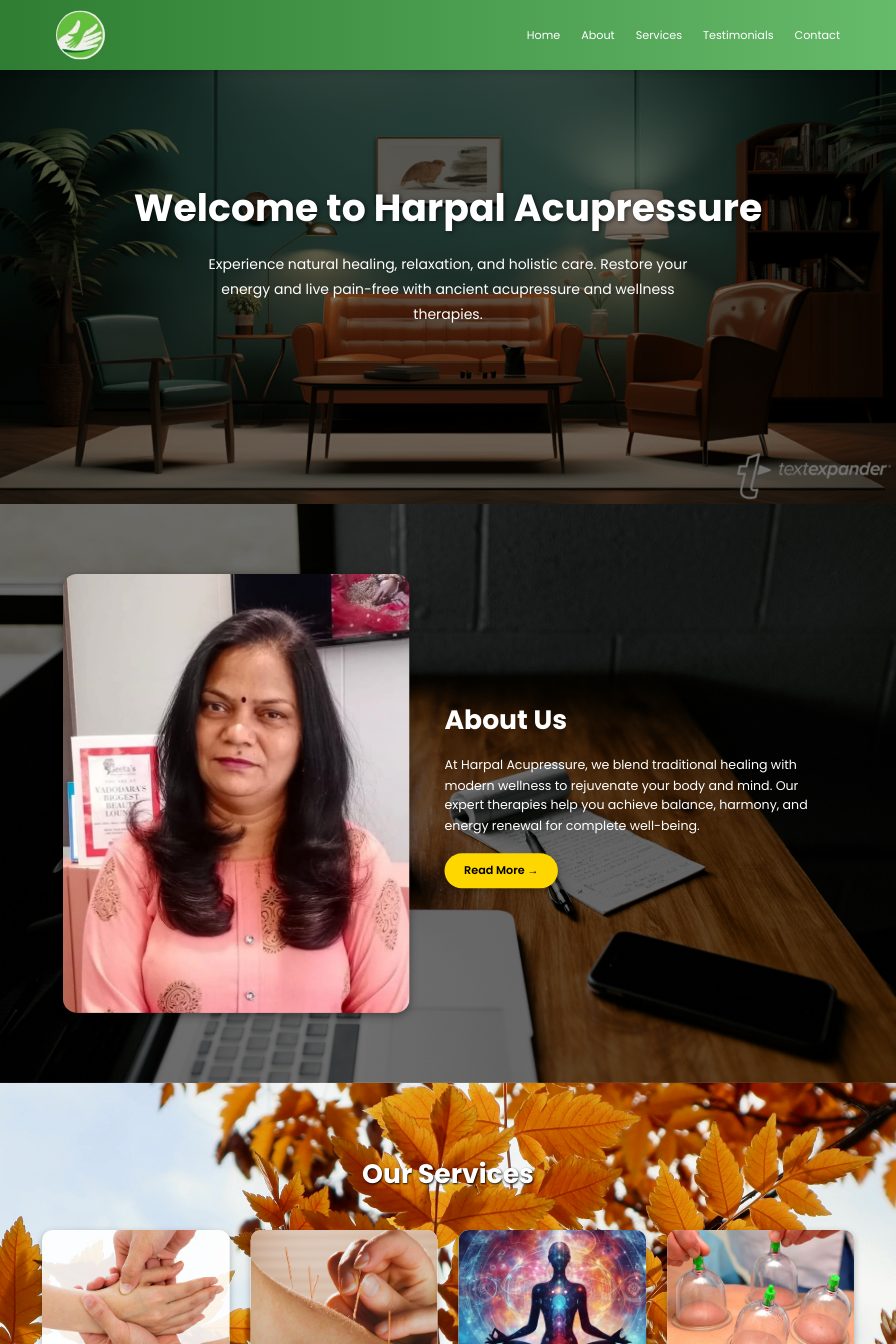
Repository: swasthiik/my-websites
Page: index.html
An editor plug-in stored every save of this project. The page is shown before and after the next save, followed by the edit.
The browser window is 1280 px wide. The pictures show the part of the page from y = 0 to 1920 px (the page is 4255 px tall), at 70% of full size.

Above is the page before, as saved 2025-10-28 01:30:36.

### index.html
<!DOCTYPE html>
<html lang="en">
<head>
  <meta charset="UTF-8" />
  <meta name="viewport" content="width=device-width, initial-scale=1.0" />
  <title>Harpal Acupressure — Healing & Wellness</title>
  <link href="https://fonts.googleapis.com/css2?family=Poppins:wght@300;400;600;700&display=swap" rel="stylesheet" />

  <style>
    *{margin:0;padding:0;box-sizing:border-box;font-family:'Poppins',sans-serif;}
    body{background:#fff;color:#333;line-height:1.6;}

    /* Header */
    header{
      position:fixed;width:100%;top:0;left:0;
      background:linear-gradient(90deg,#2e7d32,#66bb6a);
      display:flex;justify-content:space-between;align-items:center;
      padding:15px 80px;z-index:1000;backdrop-filter:blur(6px);
      box-shadow:0 2px 10px rgba(0,0,0,0.25);
    }
    header img{width:70px;height:70px;border-radius:50%;object-fit:cover;}
    nav ul{display:flex;gap:30px;list-style:none;}
    nav ul li a{
      color:#fff;text-decoration:none;font-weight:500;
      transition:color 0.3s ease;
    }
    nav ul li a:hover{color:#ffd700;}

    /* Hero Section */
    .hero{
      display:flex;align-items:center;justify-content:center;
      background:url('images/background.jpg') no-repeat center/cover;
      height:100vh;position:relative;color:#fff;text-align:center;
      padding:0 20px;
    }
    .hero::before{
      content:'';position:absolute;top:0;left:0;width:100%;height:100%;
      background:rgba(0,0,0,0.55);
    }
    .hero-content{
      position:relative;z-index:2;max-width:900px;
      animation:fadeInUp 1.2s ease;
    }
    .hero-content h1{
      font-size:54px;font-weight:700;margin-bottom:20px;
      text-shadow:2px 2px 8px rgba(0,0,0,0.6);
    }
    .hero-content p{
      font-size:20px;line-height:1.8;max-width:750px;margin:auto;
    }
    @keyframes fadeInUp{
      0%{opacity:0;transform:translateY(50px);}
      100%{opacity:1;transform:translateY(0);}
    }

    /* About */
    #about{
      background:url('images/background2.jpg') no-repeat center/cover;
      color:#fff;padding:100px 60px;position:relative;
    }
    #about::before{
      content:'';position:absolute;top:0;left:0;width:100%;height:100%;
      background:rgba(0,0,0,0.55);
    }
    #about .inner{
      position:relative;z-index:1;max-width:1100px;margin:auto;
      display:flex;align-items:center;gap:50px;flex-wrap:wrap;
    }
    #about img{
      width:45%;border-radius:20px;box-shadow:0 4px 12px rgba(0,0,0,0.4);
    }
    #about .text{flex:1;}
    #about h2{font-size:38px;margin-bottom:20px;}
    #about p{font-size:18px;margin-bottom:25px;}
    #about a{
      display:inline-block;padding:12px 28px;background:#ffd700;color:#000;
      font-weight:600;border-radius:30px;text-decoration:none;
      box-shadow:0 4px 8px rgba(0,0,0,0.2);transition:all 0.3s ease;
    }
    #about a:hover{background:#ffea3c;transform:translateY(-2px);}

    /* Services */
    #services{
      background:url('images/background3.jpg') no-repeat center/cover;
      padding:100px 60px;text-align:center;color:#fff;
    }
    #services h2{font-size:38px;margin-bottom:50px;text-shadow:1px 1px 3px #000;}
    .services-grid{
      display:grid;grid-template-columns:repeat(auto-fit,minmax(250px,1fr));
      gap:30px;
    }
    .service-card{
      background:rgba(255,255,255,0.9);border-radius:15px;overflow:hidden;
      box-shadow:0 4px 10px rgba(0,0,0,0.3);transition:transform 0.3s ease;
    }
    .service-card:hover{transform:translateY(-8px);}
    .service-card img{width:100%;height:180px;object-fit:cover;}
    .svc-body{padding:20px;}
    .svc-title{font-size:20px;font-weight:600;margin-bottom:10px;color:#222;}
    .svc-text{font-size:15px;color:#555;}

    /* Testimonials */
    #testimonials{
      background:url('images/background4.jpg') no-repeat center/cover;
      color:#fff;padding:100px 60px;text-align:center;position:relative;
    }
    #testimonials::before{
      content:'';position:absolute;top:0;left:0;width:100%;height:100%;
      background:rgba(0,0,0,0.6);
    }
    #testimonials .inner{
      position:relative;z-index:1;max-width:900px;margin:auto;
    }
    #testimonials h2{
      font-size:36px;margin-bottom:40px;
      text-shadow:1px 1px 4px rgba(0,0,0,0.8);
    }
    .testimonial{
      background:rgba(255,255,255,0.15);
      padding:25px;border-radius:20px;margin:15px 0;
      box-shadow:0 4px 10px rgba(0,0,0,0.4);
      font-size:17px;font-style:italic;
    }

    /* Contact */
    #contact{
      background:#111;color:#fff;padding:80px 60px;text-align:center;
    }
    #contact .inner{
      display:flex;flex-wrap:wrap;justify-content:space-between;
      align-items:flex-start;gap:40px;max-width:1200px;margin:auto;text-align:left;
    }
    .contact-left,.contact-center,.quick-links{flex:1;min-width:280px;}
    .social-btns img{
      width:40px;height:40px;margin-right:12px;transition:transform 0.3s;
      border-radius:50%;
    }
    .social-btns img:hover{transform:scale(1.1);}
    .btn-area{margin-top:15px;}
    .btn{
      display:inline-block;padding:10px 20px;border-radius:25px;
      font-weight:600;text-decoration:none;margin-right:10px;
      transition:all 0.3s ease;
    }
    .btn-call{background:#ffd700;color:#000;}
    .btn-wa{background:#25D366;color:#fff;}
    .btn:hover{transform:translateY(-2px);opacity:0.9;}
    .final-line{
      margin-top:50px;text-align:center;font-size:0.95rem;color:#ccc;
      max-width:900px;margin:auto;line-height:1.6;
    }
    footer{
      background:#000;color:#aaa;text-align:center;
      padding:20px 0;font-size:0.9rem;
    }
    footer a{color:#ffd700;text-decoration:none;}
    footer a:hover{text-decoration:underline;}
    .quick-links a{
      display:block;color:#ccc;text-decoration:none;margin-bottom:8px;
      font-size:0.95rem;
    }
    .quick-links a:hover{color:#ffd700;}
  </style>
</head>

<body>

  <!-- Header -->
  <header>
    <img src="images/logo.jpg" alt="Harpal Logo">
    <nav>
      <ul>
        <li><a href="#home">Home</a></li>
        <li><a href="#about">About</a></li>
        <li><a href="#services">Services</a></li>
        <li><a href="#testimonials">Testimonials</a></li>
        <li><a href="#contact">Contact</a></li>
      </ul>
    </nav>
  </header>

  <!-- Hero -->
  <section class="hero" id="home">
    <div class="hero-content">
      <h1>Welcome to Harpal Acupressure</h1>
      <p>Experience natural healing, relaxation, and holistic care. Restore your energy and live pain-free with ancient acupressure and wellness therapies.</p>
    </div>
  </section>

  <!-- About -->
  <section id="about">
    <div class="inner">
      <img src="images/photo1.png" alt="Harpal Acupressure">
      <div class="text">
        <h2>About Us</h2>
        <p>At Harpal Acupressure, we blend traditional healing with modern wellness to rejuvenate your body and mind. Our expert therapies help you achieve balance, harmony, and energy renewal for complete well-being.</p>
        <a href="about.html">Read More →</a>
      </div>
    </div>
  </section>

  <!-- Services -->
  <section id="services" aria-labelledby="services-title">
    <div class="inner">
      <h2 id="services-title"><strong>Our Services</strong></h2>

      <div class="services-grid">
        <div class="service-card"><img src="images/service1.jpg" alt="Acupressure Therapy"><div class="svc-body"><div class="svc-title"><strong>Acupressure Therapy</strong></div><div class="svc-text">Targeted pressure techniques to relieve pain, improve circulation, and restore energy balance.</div></div></div>
        <div class="service-card"><img src="images/service2.jpg" alt="Acupuncture"><div class="svc-body"><div class="svc-title"><strong>Acupuncture</strong></div><div class="svc-text">Traditional needle therapy to stimulate healing pathways and reduce chronic symptoms.</div></div></div>
        <div class="service-card"><img src="images/service3.jpg" alt="Aura Cleansing"><div class="svc-body"><div class="svc-title"><strong>Aura Cleansing</strong></div><div class="svc-text">Gentle energetic clearing to remove negativity, calm the mind, and uplift emotions.</div></div></div>
        <div class="service-card"><img src="images/service4.jpg" alt="Cupping Therapy"><div class="svc-body"><div class="svc-title"><strong>Cupping Therapy</strong></div><div class="svc-text">Cupping to improve blood flow, reduce muscle tension and support detoxification.</div></div></div>
        <div class="service-card"><img src="images/service5.jpg" alt="Casa Therapy"><div class="svc-body"><div class="svc-title"><strong>Casa Therapy</strong></div><div class="svc-text">Holistic alignment techniques focused on posture, balance and natural healing responses.</div></div></div>
        <div class="service-card"><img src="images/service6.jpg" alt="Magnetic Therapy"><div class="svc-body"><div class="svc-title"><strong>Magnetic Therapy</strong></div><div class="svc-text">Non-invasive magnetic treatments to support circulation and relieve chronic discomfort.</div></div></div>
        <div class="service-card"><img src="images/service7.jpg" alt="Numerology Guidance"><div class="svc-body"><div class="svc-title"><strong>Numerology Guidance</strong></div><div class="svc-text">Personal numerology readings offering insight for life choices, timing and growth.</div></div></div>
        <div class="service-card"><img src="images/service8.jpg" alt="Reiki Healing"><div class="svc-body"><div class="svc-title"><strong>Reiki Healing</strong></div><div class="svc-text">Energy healing sessions to reduce stress, restore calm and accelerate recovery.</div></div></div>
        <div class="service-card"><img src="images/service9.jpg" alt="Sujok Therapy"><div class="svc-body"><div class="svc-title"><strong>Sujok Therapy</strong></div><div class="svc-text">Hand & foot mapping therapy to influence internal organs and promote natural healing.</div></div></div>
        <div class="service-card"><img src="images/service10.jpg" alt="Vastu Consultation"><div class="svc-body"><div class="svc-title"><strong>Vastu Consultation</strong></div><div class="svc-text">Practical Vastu suggestions to harmonize your home or workplace for better wellbeing.</div></div></div>
      </div>
    </div>
  </section>

  <!-- Testimonials -->
  <section id="testimonials">
    <div class="inner">
      <h2>What Our Clients Say</h2>
      <div class="testimonial">“The acupressure sessions truly changed my life — my back pain is completely gone!”</div>
      <div class="testimonial">“I felt deeply relaxed after every visit. Harpal Acupressure has a healing touch!”</div>
      <div class="testimonial">“Very professional, clean, and friendly environment. I highly recommend them!”</div>
    </div>
  </section>

  <!-- Contact -->
  <section id="contact">
    <div class="inner">
      <div class="contact-left">
        <h3>Connect on Social</h3>
        <div class="social-btns">
          <a href="https://www.instagram.com/harpal_acupressure/?igsh=eTE0cXRwMDBiOHk0" target="_blank"><img src="images/instagram.png" alt="Instagram"></a>
          <a href="https://m.facebook.com/share/1GioYfoyAg/?wtsid=rdr_0amyqscvfVj53aAWz" target="_blank"><img src="images/facebook.png" alt="Facebook"></a>
        </div>
        <p>Email: <a href="mailto:info@harpalaccupressure.com">info@harpalaccupressure.com</a></p>
        <div class="btn-area">
          <a class="btn btn-call" href="tel:+9189980455518">📞 Call</a>
          <a class="btn btn-wa" href="https://wa.me/918866556830" target="_blank">💬 WhatsApp</a>
        </div>
      </div>

      <div class="contact-center">
        <h3>Visit Us</h3>
        <p><strong>DR. DIPALI PREMALKUMAR PATEL</strong><br>Marma Magnetic & Sujok Therapist</p>
        <p><strong>Clinic Address:</strong><br>
          Shop No. 3, Samanvay North Park,<br>
          Opp Darshanam King Square,<br>
          Ankodiya Road, Panchvati, Vadodara,<br>
          Ankodiya, Gujarat - 390016
        </p>
        <p><a href="https://maps.app.goo.gl/6wJNQphf7XSe5wKk8" target="_blank" style="color:#ffd700;text-decoration:none;">📍 Open in Google Maps</a></p>
        <p><strong>Residence Address:</strong><br>
          B-25, Nipa Tenament No.2,<br>
          B/H Jesal Society, Gorwa,<br>
          Opp. Sahyog Society,<br>
          Vadodara, Gujarat - 390016
        </p>
      </div>

      <div class="quick-links">
        <h4 style="margin-top:15px;color:#fff;">Quick Links</h4>
        <a href="#home">🏠 Home</a>
        <a href="#about">ℹ️ About Us</a>
        <a href="#services">💆‍♀️ Services</a>
        <a href="#testimonials">💬 Testimonials</a>
        <a href="#contact">📞 Contact</a>
      </div>
    </div>

    <div class="final-line">
      A PLACE OF HEALING, RELAXATION, HOLISTIC WELLNESS, AND POSITIVE ENERGY — DEDICATED TO HEALTH, HAPPINESS, AND WELL-BEING.
    </div>
  </section>

  <footer>
    <p>© 2025 Harpal Acupressure | Designed with ❤️ by Swasthik</p>
  </footer>

</body>
</html>

After the next save:
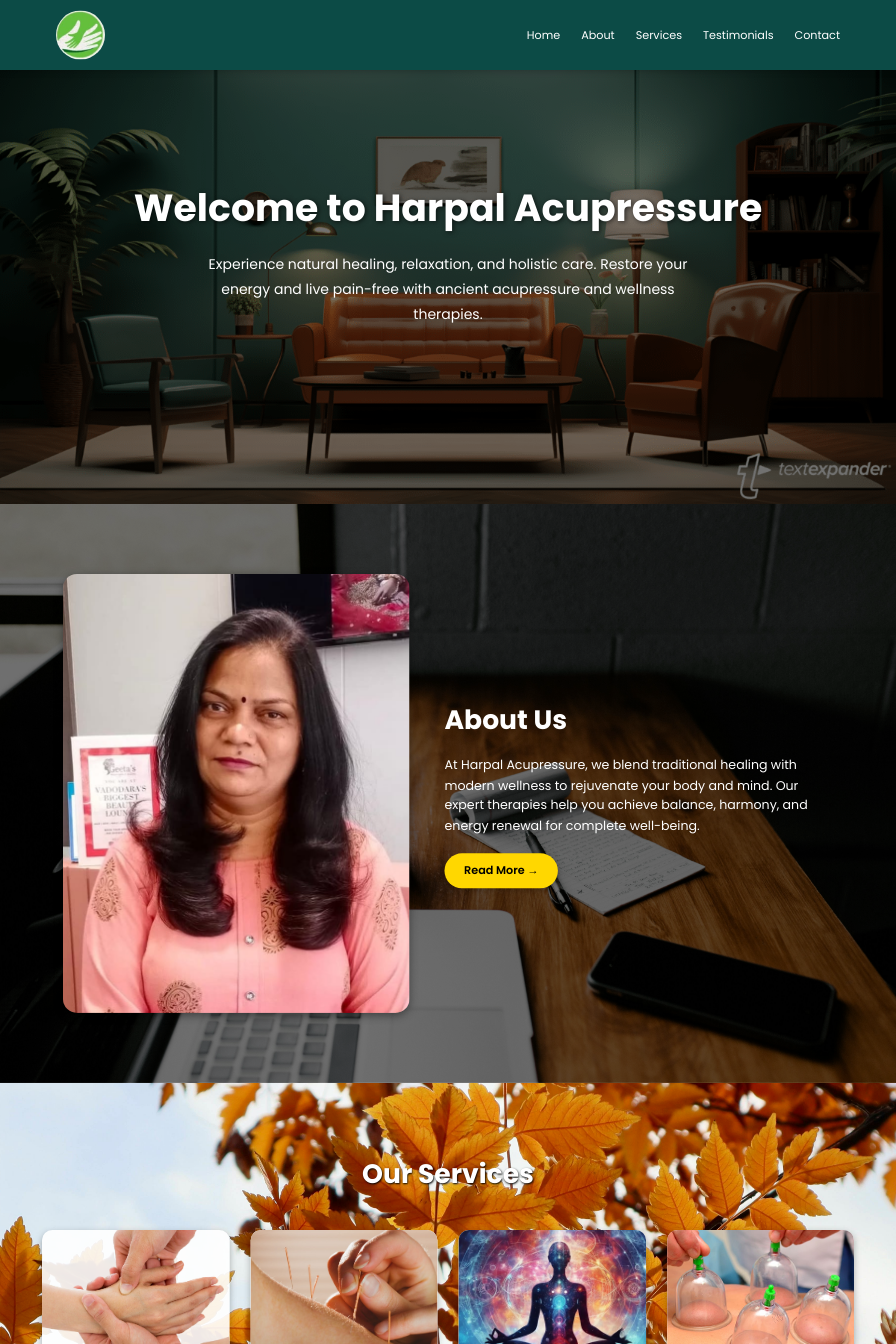
Saved 5 min 58 s later.
--- a/index.html
+++ b/index.html
@@ -13,9 +13,9 @@
     /* Header */
     header{
       position:fixed;width:100%;top:0;left:0;
-      background:linear-gradient(90deg,#2e7d32,#66bb6a);
+      background:#0c4b46; /* ✅ Matching dark teal color */
       display:flex;justify-content:space-between;align-items:center;
-      padding:15px 80px;z-index:1000;backdrop-filter:blur(6px);
+      padding:15px 80px;z-index:1000;
       box-shadow:0 2px 10px rgba(0,0,0,0.25);
     }
     header img{width:70px;height:70px;border-radius:50%;object-fit:cover;}
@@ -24,7 +24,7 @@
       color:#fff;text-decoration:none;font-weight:500;
       transition:color 0.3s ease;
     }
-    nav ul li a:hover{color:#ffd700;}
+    nav ul li a:hover{color:#ffd700;} /* Soft gold hover */
 
     /* Hero Section */
     .hero{
